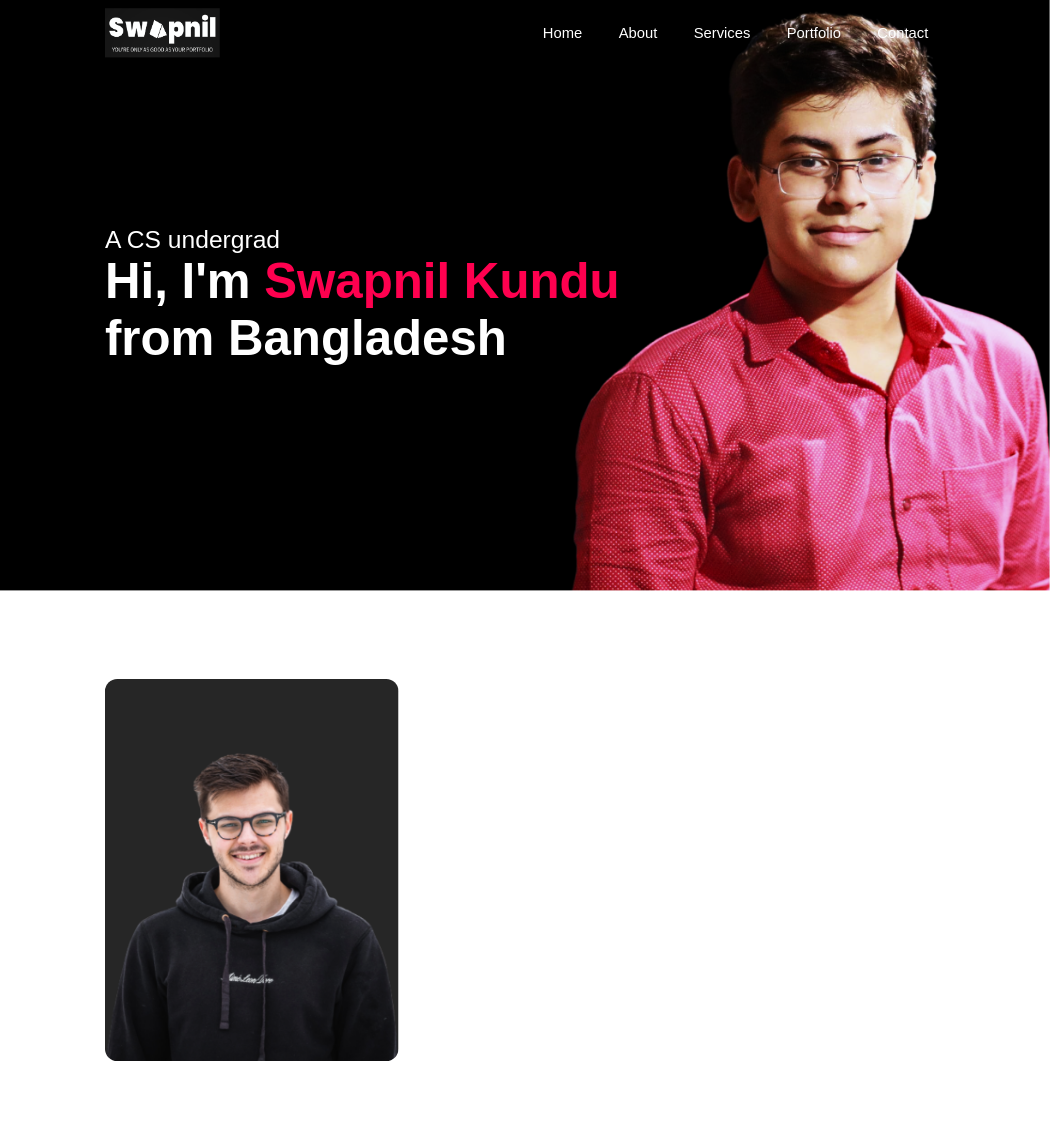
Repository: SwapnilKundu/portfolio
Page: index.html
The author's editor kept a copy of each file at every save. The page is drawn from the files as they stood at one save, then again after a run of saves.
The browser window is 1280 px wide. The pictures show the whole page, at 82% of full size.

Above is the page before, as saved 2024-01-19 10:28:33.

After the next 2 saves:
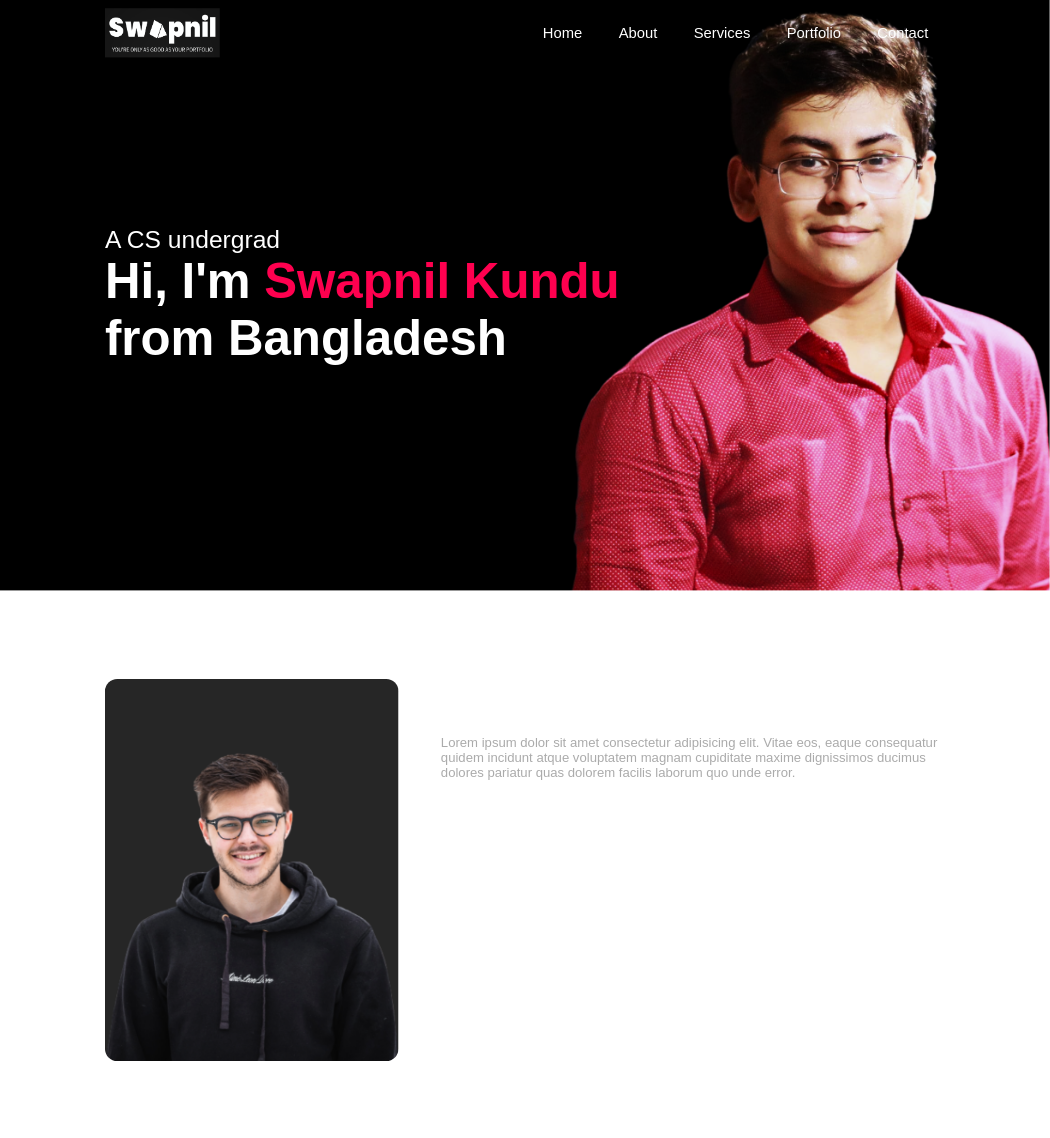
The 2 saves are shown as one change because they came seconds apart.
The last was saved 30 s later.
--- a/index.html
+++ b/index.html
@@ -41,7 +41,7 @@
                 </h1>
 
                 <p>
-
+                    Lorem ipsum dolor sit amet consectetur adipisicing elit. Vitae eos, eaque consequatur quidem incidunt atque voluptatem magnam cupiditate maxime dignissimos ducimus dolores pariatur quas dolorem facilis laborum quo unde error.
                 </p>
             </div>
 
